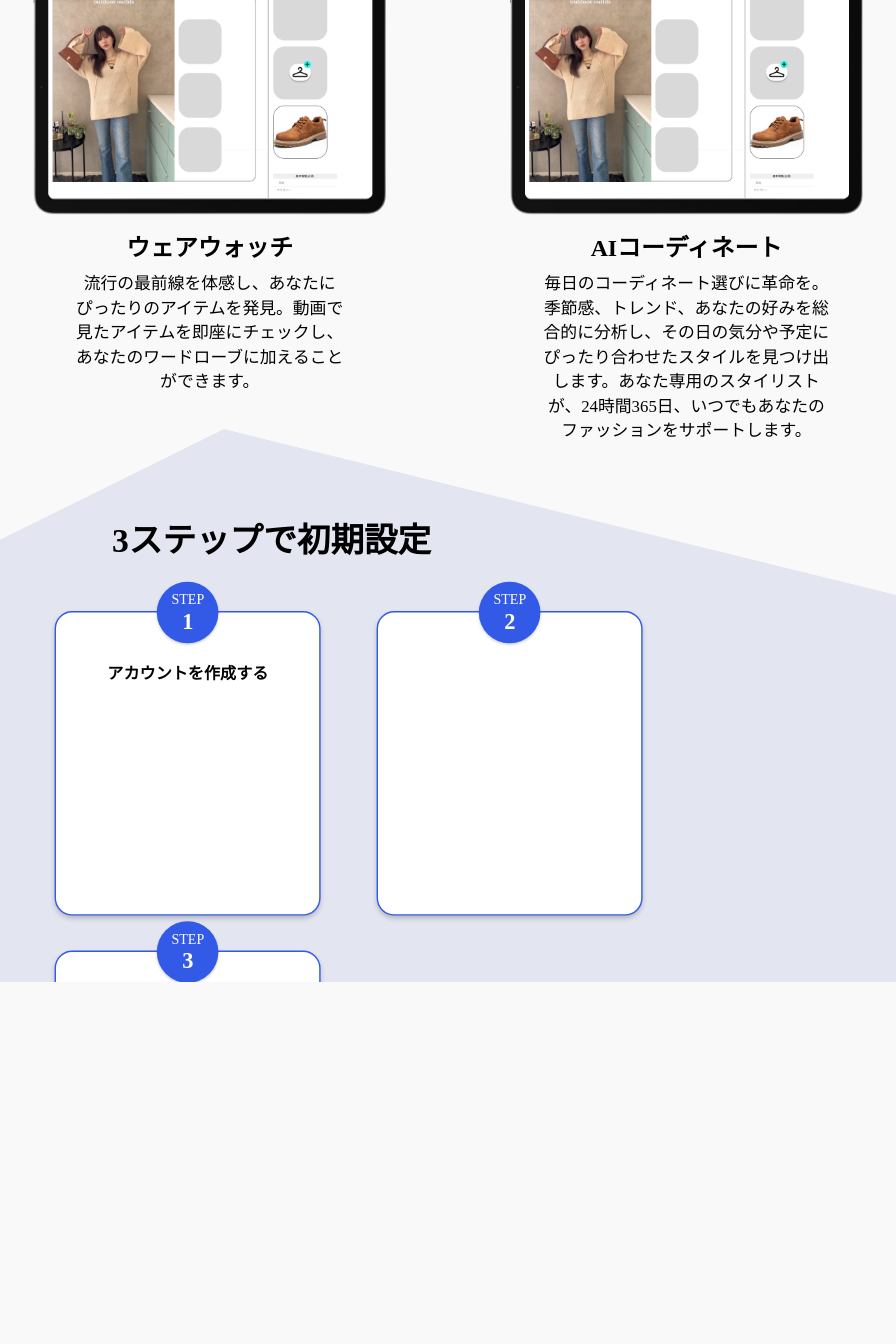
Repository: Yoshiki0418/yahoo.hack
Page: welcome.html
An editor plug-in stored every save of this project. The page is shown before and after the next save, followed by the edit.
The browser window is 1280 px wide. The pictures show the part of the page from y = 2560 to 4480 px (the page is 5407 px tall), at 70% of full size.

Above is the page before, as saved 2024-02-09 23:10:43.

After the next save:
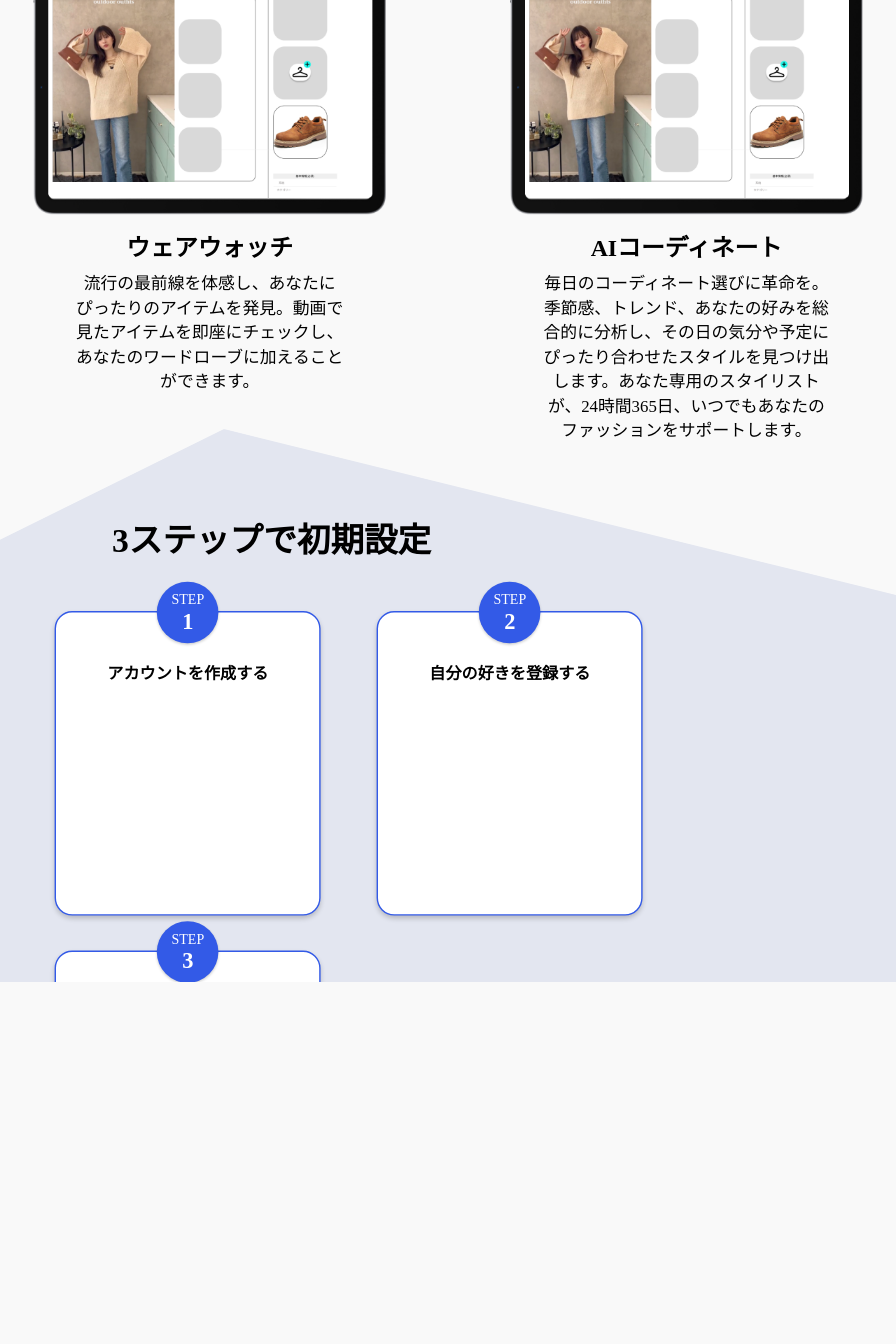
Saved 69 s later.
--- a/welcome.html
+++ b/welcome.html
@@ -97,10 +97,12 @@
                     <div class="step-container">
                         <div class="step-circle">STEP<h4>2</h4></div>
                         <div class="step-box"></div>
+                        <h3>自分の好きを登録する</h3>
                     </div>
                     <div class="step-container">
                         <div class="step-circle">STEP<h4>3</h4></div>
                         <div class="step-box"></div>
+                        <h3>アカウントを作成する</h3>
                     </div>
                 </div>
             </div>
